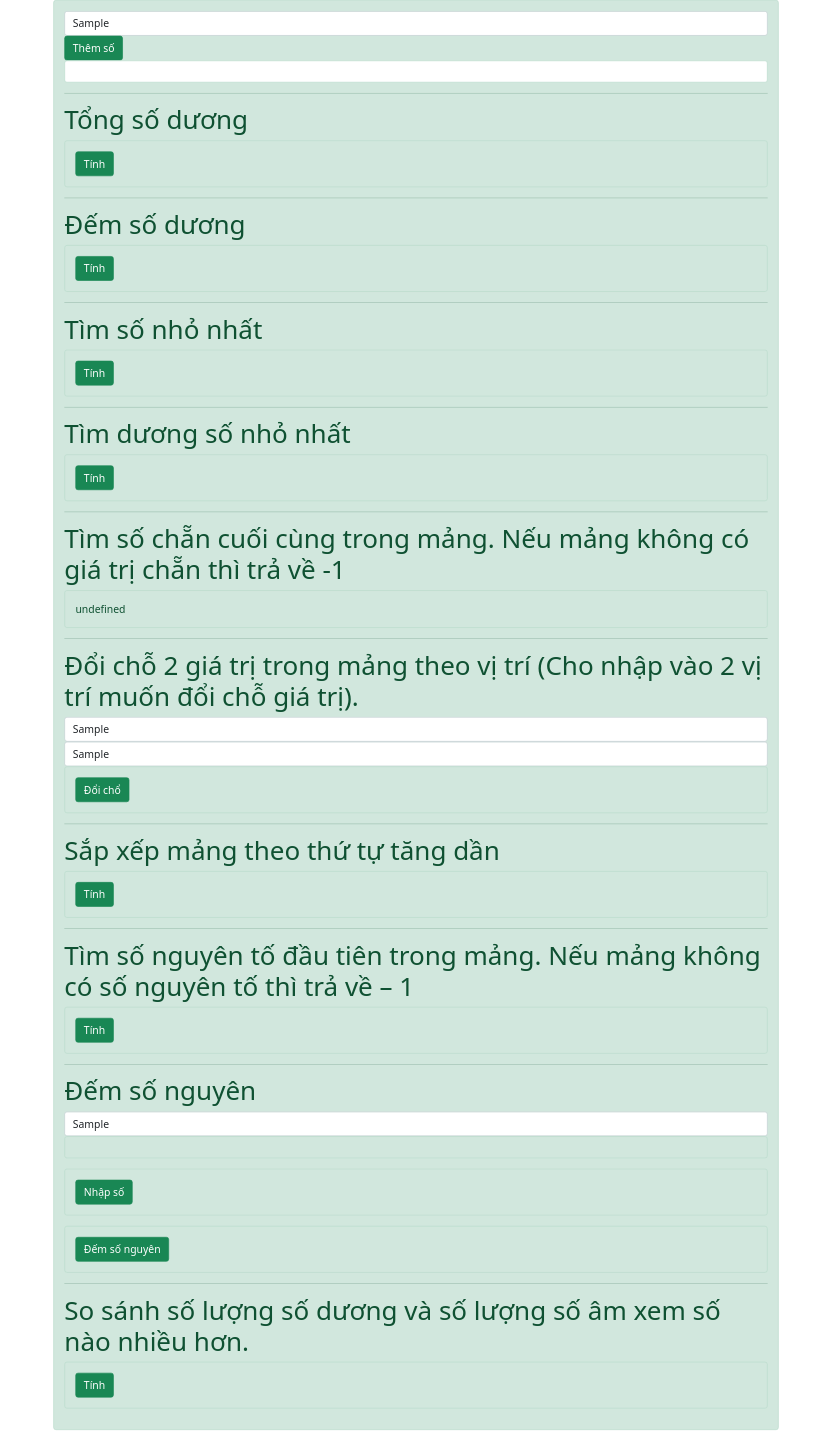
Repository: qkhanh1104k/Js-buoi7-8
Page: index.html
The author's editor kept a copy of each file at every save. The page is drawn from the files as they stood at one save, then again after the next save.
The browser window is 1280 px wide. The pictures show the whole page, at 65% of full size.
Empty fields were first filled with sample values (such as "Sample", 5 or name@example.com).
After loading, the first visible `#resBt6 > button` was clicked once.

Above is the page before, as saved 2022-07-27 10:11:01.

### index.html
<!DOCTYPE html>
<html lang="en">
  <head>
    <meta charset="UTF-8" />
    <meta http-equiv="X-UA-Compatible" content="IE=edge" />
    <meta name="viewport" content="width=device-width, initial-scale=1.0" />
    <title>Document</title>
    <link
      href="https://cdn.jsdelivr.net/npm/bootstrap@5.1.3/dist/css/bootstrap.min.css"
      rel="stylesheet"
      integrity="sha384-1BmE4kWBq78iYhFldvKuhfTAU6auU8tT94WrHftjDbrCEXSU1oBoqyl2QvZ6jIW3"
      crossorigin="anonymous"
    />
  </head>
  <body>
    <div class="container">
      <div>
        <div class="alert alert-success">
          <input
            type="text"
            placeholder="Nhập số n"
            id="txtNum"
            class="form-control"
          />
          <button class="btn btn-success" onclick="addNum()">Thêm số</button>
          <div
            class="alert alert-success"
            id="resultBt1"
            style="background-color: #fff"
          ></div>
          <hr />
          <h1>Tổng số dương</h1>
          <div>
            <div class="alert alert-success" id="resBt2">
              <button class="btn btn-success" onclick="calcSumNegative()">
                Tính
              </button>
            </div>
          </div>
          <hr />
          <h1>Đếm số dương</h1>
          <div>
            <div class="alert alert-success" id="resBt3">
              <button class="btn btn-success" onclick="calcCountNegative()">
                Tính
              </button>
            </div>
          </div>
          <hr />
          <h1>Tìm số nhỏ nhất</h1>
          <div>
            <div class="alert alert-success" id="resBt4">
              <button class="btn btn-success" onclick="calcTheSmallest()">
                Tính
              </button>
            </div>
          </div>
          <hr />
          <h1>Tìm dương số nhỏ nhất</h1>
          <div>
            <div class="alert alert-success" id="resBt5">
              <button class="btn btn-success" onclick="calcTheSmallestNev()">
                Tính
              </button>
            </div>
          </div>
          <!-- bt5 -->
          <hr />
          <h1>
            Tìm số chẵn cuối cùng trong mảng. Nếu mảng không có giá trị chẵn thì
            trả về -1
          </h1>
          <div>
            <div class="alert alert-success" id="resBt6">
              <button class="btn btn-success" onclick="findLastEven()">
                Tính
              </button>
            </div>
          </div>
          <!-- bt6 -->
          <hr />
          <h1>
            Đổi chỗ 2 giá trị trong mảng theo vị trí (Cho nhập vào 2 vị trí muốn
            đổi chỗ giá trị).
          </h1>
          <div>
            <input
              type="text"
              placeholder="Nhập số n"
              id="txtNumBt6"
              class="form-control"
            />
            <input
              type="text"
              placeholder="Nhập số n"
              id="txtNumBt62"
              class="form-control"
            />
            <div class="alert alert-success" id="resBt7">
              <button class="btn btn-success" onclick="swappedNum()">
                Đổi chổ
              </button>
            </div>
          </div>
          <!-- bt7 -->
          <hr>
          <h1>Sắp xếp mảng theo thứ tự tăng dần</h1>
          <div>
            <div class="alert alert-success" id="resBt8">
              <button class="btn btn-success" onclick="rangeMoveUp()">Tính</button>
            </div>
          </div>
          <!-- bt8 -->
          <hr />
          <h1>
            Tìm số nguyên tố đầu tiên trong mảng. Nếu mảng không có số nguyên tố thì trả về – 1
          </h1>
          <div>
            <div class="alert alert-success" id="resBt9">
              <button class="btn btn-success" onclick="findLastEven()">
                Tính
              </button>
            </div>
          </div>
          <!-- bt9 -->
          <hr>
          <h1>
          Đếm số nguyên
          </h1>
          <div>
            <input
              type="text"
              placeholder="Nhập số "
              id="txtNumBt9"
              class="form-control"
            />
            <div class="alert alert-success" id="resBt10"></div>
            <div class="alert alert-success">

              <button class="btn btn-success" onclick="pushNum()">
                Nhập số
              </button>
              <div style="background-color:#fff ;"></div>
            </div>
            <div class="alert alert-success" id="resBt101">
              <button class="btn btn-success" onclick="countInt()">
                Đếm số nguyên
              </button>
              <div style="background-color:#fff ;"></div>
            </div>
          </div>
          <hr>
          <h1> So sánh số lượng số dương và số lượng số âm xem số nào nhiều hơn.</h1>
          <div>
            <div class="alert alert-success" id="resBt11">
              <button class="btn btn-success" onclick="comparisonsNum()">Tính</button>
            </div>
          </div>
        </div>
      </div>
    </div>
    <script src="./index.js"></script>
  </body>
</html>

### index.js
var txtNum = [];
function addNum() {
  var inputNum = document.getElementById("txtNum").value * 1;
  txtNum.push(inputNum);
  document.getElementById("resultBt1").innerHTML = txtNum;
}
// ex1:tính tổng số dương
function calcSumNegative() {
  var sum = 0;
  for (var i = 0; i < txtNum.length; i++) {
    if (txtNum[i] > 0) {
      sum += txtNum[i];
    }
  }
  document.getElementById("resBt2").innerHTML = sum;
}
// ex2:đếm só dương
function calcCountNegative() {
  var sum = 0;
  for (var i = 0; i < txtNum.length; i++) {
    if (txtNum[i] > 0) {
      sum++;
    }
  }
  document.getElementById("resBt3").innerHTML = sum;
}
// ex3:tìm số nhỏ nhất
function calcTheSmallest() {
  var min = txtNum[0];
  for (var i = 1; i < txtNum.length; i++) {
    if (min > txtNum[i]) {
      min = txtNum[i];
    }
  }
  document.getElementById("resBt4").innerHTML = min;
}
// ex 4:tìm số dương nhỏ nhất
function calcTheSmallestNev() {
  var min = txtNum[0];
  for (var i = 1; i < txtNum.length; i++) {
    if (min > txtNum[i] && txtNum[i] > 0) {
      min = txtNum[i];
    }
  }
  document.getElementById("resBt5").innerHTML = min;
}

// ex5:Tìm số chẵn cuối cùng trong mảng. Nếu mảng không có giá trị chẵn thì trả về -1.
function findLastEven() {
  var num1;
  for (var i = txtNum.length - 1; i >= 0; i--) {
    //i= 5
    if (txtNum[i]%2 ==0 ) {
      num1 = txtNum[i];
      return;
    }
  }
  document.getElementById("resBt6").innerHTML = num1;
}

// ex6:Đổi chỗ 2 giá trị trong mảng theo vị trí (Cho nhập vào 2 vị trí muốn đổi chỗ giá trị).
function swappedNum() {
  var k = +document.getElementById("txtNumBt6").value;
  var g = +document.getElementById("txtNumBt62").value;
  var num1 = txtNum[k];
  txtNum[k] = txtNum[g];
  txtNum[g] = num1;
  document.getElementById("resBt7").innerHTML = txtNum;
}
// ex7:Sắp xếp mảng theo thứ tự tăng dần.

function rangeMoveUp() {
  for (var k = txtNum.length - 1; k >= 0; k--) {
    var isSwapped = false;
    for (var i = 0; i < k; i++) {
      if (txtNum[i] > txtNum[i + 1]) {
        var temp = txtNum[i];
        txtNum[i] = txtNum[i + 1];
        txtNum[i + 1] = temp;
        isSwapped = true;
      }
    }
    if (isSwapped === false) {
      document.getElementById("resBt8").innerHTML = txtNum;
      return;
    }
  }
  document.getElementById("resBt8").innerHTML = txtNum;
}
// ex8;Tìm số nguyên tố đầu tiên trong mảng. Nếu mảng không có số nguyên tố thì trả về – 1.
function findFirst(){
}
// ex9:Nhập thêm 1 mảng số thực, tìm xem trong mảng có bao nhiêu số nguyên?
var arrInt = [];
function pushNum(){
    var inputNum = document.getElementById("txtNumBt9").value * 1;
    arrInt.push(inputNum);
    document.getElementById("resBt10").innerHTML = arrInt;
}
function countInt (){
    var sum =0;
    for(var i =0; i <arrInt.length; i++){
      if(Number.isInteger(arrInt[i]) === true){
        sum++
      }
    }
    document.getElementById("resBt101").innerHTML = sum;
}
// ex10: So sánh số lượng số dương và số lượng số âm xem số nào nhiều hơn.
function comparisonsNum() {
  var sumNeg = 0;
  var sumPos = 0;
  for (var i = 0; i < txtNum.length; i++) {
    if (txtNum[i] > 0) {
      sumPos++;
    } else {
      sumNeg++;
    }
  }
  if (sumNeg === sumPos) {
    document.getElementById("resBt11").innerHTML = "Số âm = số dương ";
  } else if (sumNeg > sumPos) {
    document.getElementById("resBt11").innerHTML = "Số âm > số dương ";
  } else {
    document.getElementById("resBt11").innerHTML = "Số âm < số dương ";
  }
}

After the next save:
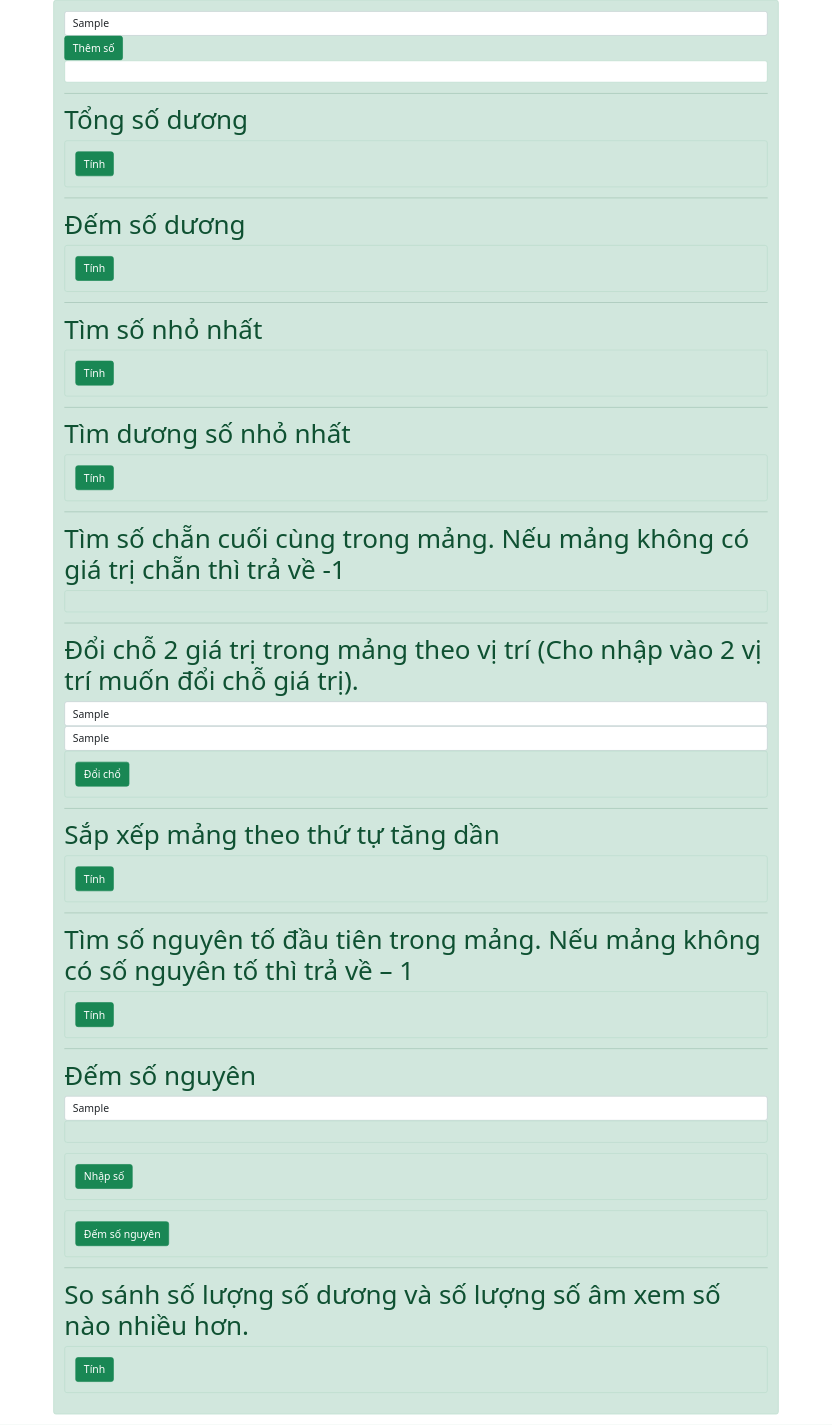
Saved 55 s later.
--- a/index.js
+++ b/index.js
@@ -47,7 +47,7 @@
 
 // ex5:Tìm số chẵn cuối cùng trong mảng. Nếu mảng không có giá trị chẵn thì trả về -1.
 function findLastEven() {
-  var num1;
+  var num1="";
   for (var i = txtNum.length - 1; i >= 0; i--) {
     //i= 5
     if (txtNum[i]%2 ==0 ) {

After the save that followed:
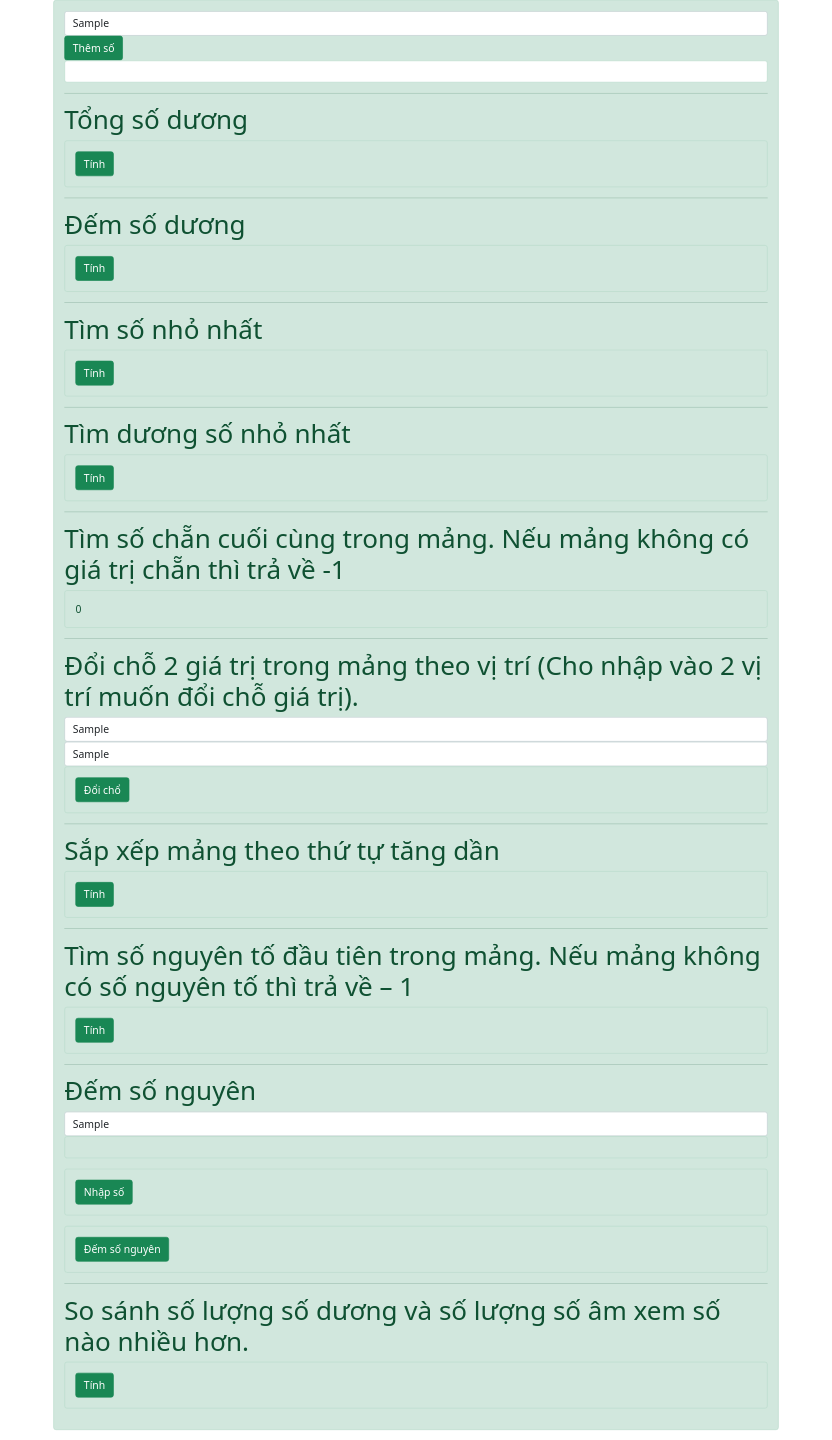
Saved 18 s later.
--- a/index.js
+++ b/index.js
@@ -47,7 +47,7 @@
 
 // ex5:Tìm số chẵn cuối cùng trong mảng. Nếu mảng không có giá trị chẵn thì trả về -1.
 function findLastEven() {
-  var num1="";
+  var num1=0;
   for (var i = txtNum.length - 1; i >= 0; i--) {
     //i= 5
     if (txtNum[i]%2 ==0 ) {
